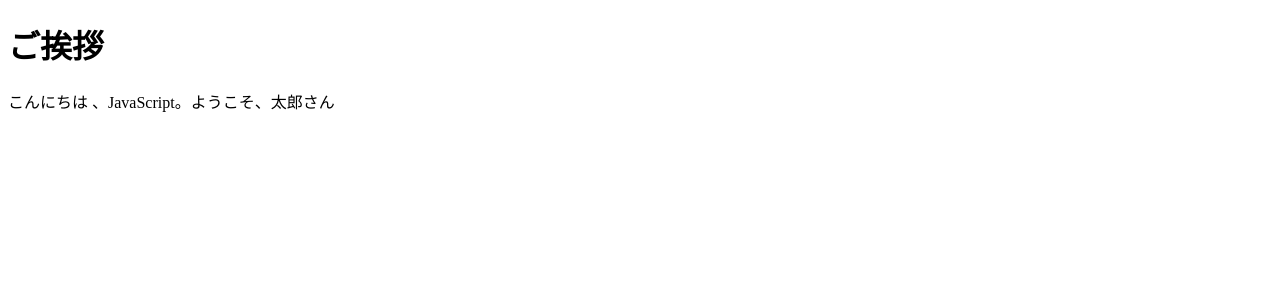
Repository: yayoi0814/samurai_HTML-CSS
Page: index.html
The author's editor kept a record of every edit. The page is drawn from the files as they stood at one moment, then again after the next edit.
The browser window is 1280 px wide. The pictures show the whole page.

Above is the page before.

After the next edit:
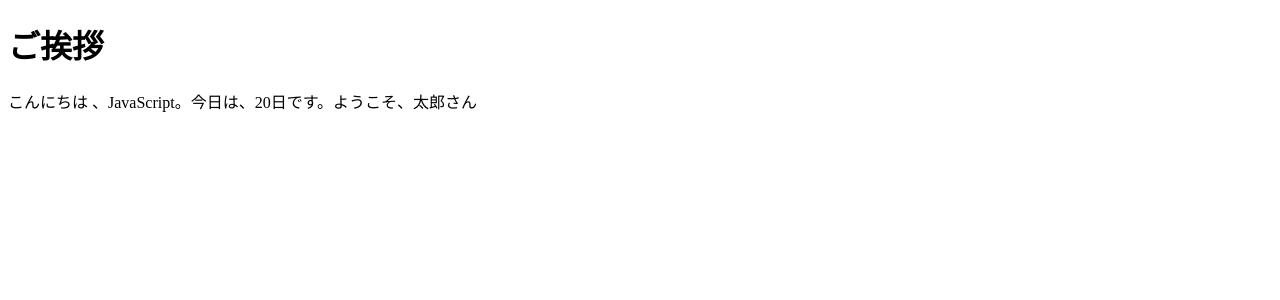
The edit:
--- a/index.html
+++ b/index.html
@@ -13,7 +13,7 @@
         document.write('、JavaScript。');
         //console.log('こんにちは！');
         d = new Date();
-        console.log('今日は、', d.getDate(), '日です。');
+        document.write('今日は、', d.getDate(), '日です。');
         // -->
         let myString = 'ユーザー名';
 
